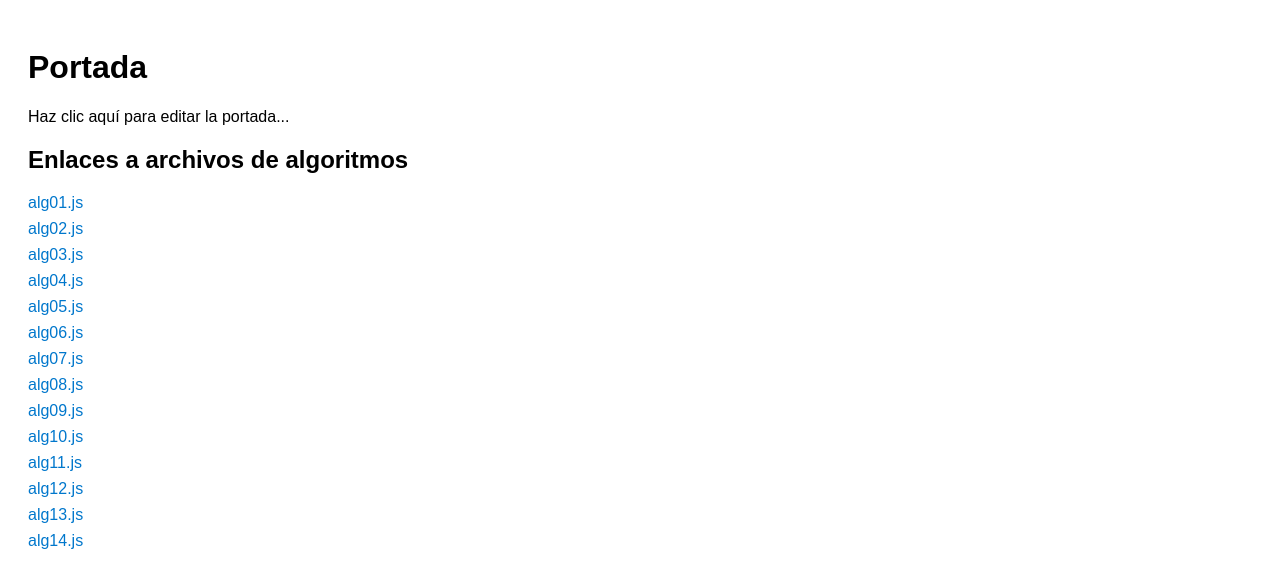
Repository: rlhardrock/SENATallerAlgoritmos01
Page: algoritmo.html
An editor plug-in stored every save of this project. The page is shown before and after the next save, followed by the edit.
The browser window is 1280 px wide. The pictures show the whole page.

Above is the page before, as saved 2025-04-23 16:10:37.

### algoritmo.html
<!DOCTYPE html>
<html lang="es">
<head>
  <meta charset="UTF-8">
  <title>Portada y Enlaces a Algoritmos</title>
  <style>
    body {
      font-family: Arial, sans-serif;
      padding: 20px;
    }
    ul {
      list-style: none;
      padding-left: 0;
    }
    li {
      margin: 8px 0;
    }
    a {
      text-decoration: none;
      color: #0077cc;
    }
    a:hover {
      text-decoration: underline;
    }
  </style>
</head>
<body>

  <h1>Portada</h1>
  <div>
    Haz clic aquí para editar la portada...
  </div>

  <h2>Enlaces a archivos de algoritmos</h2>
  <ul>
    <li><a href="alg01.js">alg01.js</a></li>
    <li><a href="alg02.js">alg02.js</a></li>
    <li><a href="alg03.js">alg03.js</a></li>
    <li><a href="alg04.js">alg04.js</a></li>
    <li><a href="alg05.js">alg05.js</a></li>
    <li><a href="alg06.js">alg06.js</a></li>
    <li><a href="alg07.js">alg07.js</a></li>
    <li><a href="alg08.js">alg08.js</a></li>
    <li><a href="alg09.js">alg09.js</a></li>
    <li><a href="alg10.js">alg10.js</a></li>
    <li><a href="alg11.js">alg11.js</a></li>
    <li><a href="alg12.js">alg12.js</a></li>
    <li><a href="alg13.js">alg13.js</a></li>
    <li><a href="alg14.js">alg14.js</a></li>
  </ul>

</body>
</html>

After the next save:
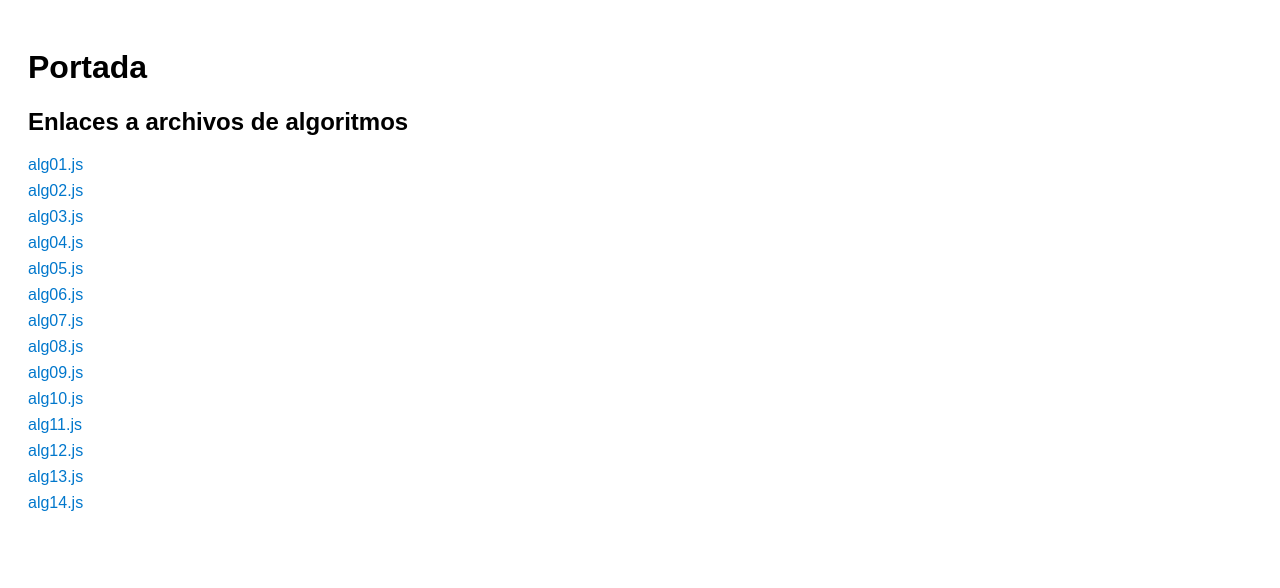
Saved 3 min 6 s later.
--- a/algoritmo.html
+++ b/algoritmo.html
@@ -28,7 +28,7 @@
 
   <h1>Portada</h1>
   <div>
-    Haz clic aquí para editar la portada...
+
   </div>
 
   <h2>Enlaces a archivos de algoritmos</h2>
